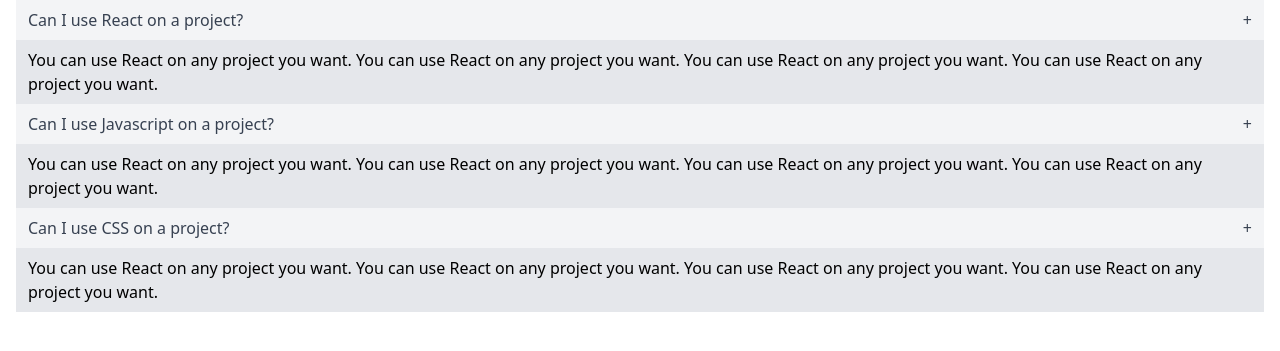
Repository: Marhamat92/reactroutefromstephen
Page: /
An editor plug-in stored every save of this project. The page is shown before and after the next save, followed by the edit.
The browser window is 1280 px wide. The pictures show the whole page.
The project was rebuilt for these pictures with package versions that can differ from the ones it lists, and the page was loaded fresh each time. Also part of the build but not shown: src/App.css.

Above is the page before, as saved 2022-12-21 20:43:27.

After the next save:
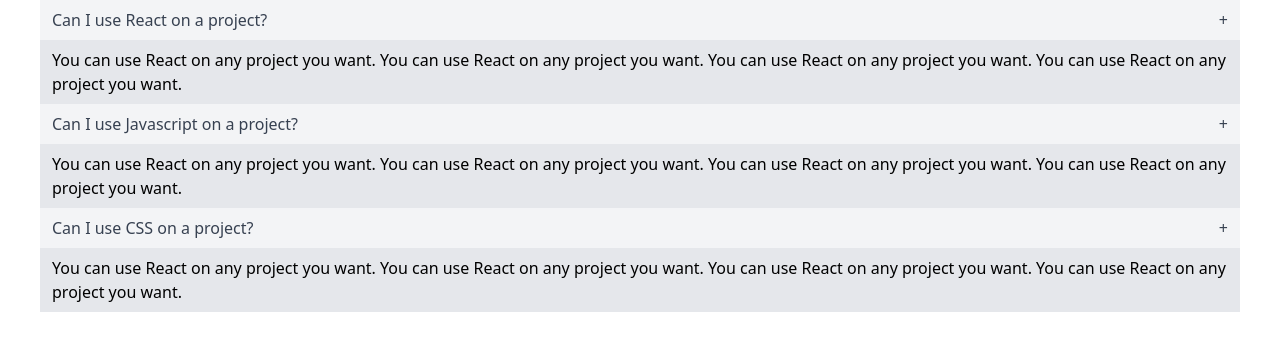
Saved 6 s later.
--- a/src/components/Accordion/Accordion.tsx
+++ b/src/components/Accordion/Accordion.tsx
@@ -21,7 +21,7 @@
     );
   });
 
-  return <div className='px-4'>{renderedItems}</div>;
+  return <div className='px-10'>{renderedItems}</div>;
 }
 
 export default Accordion;
